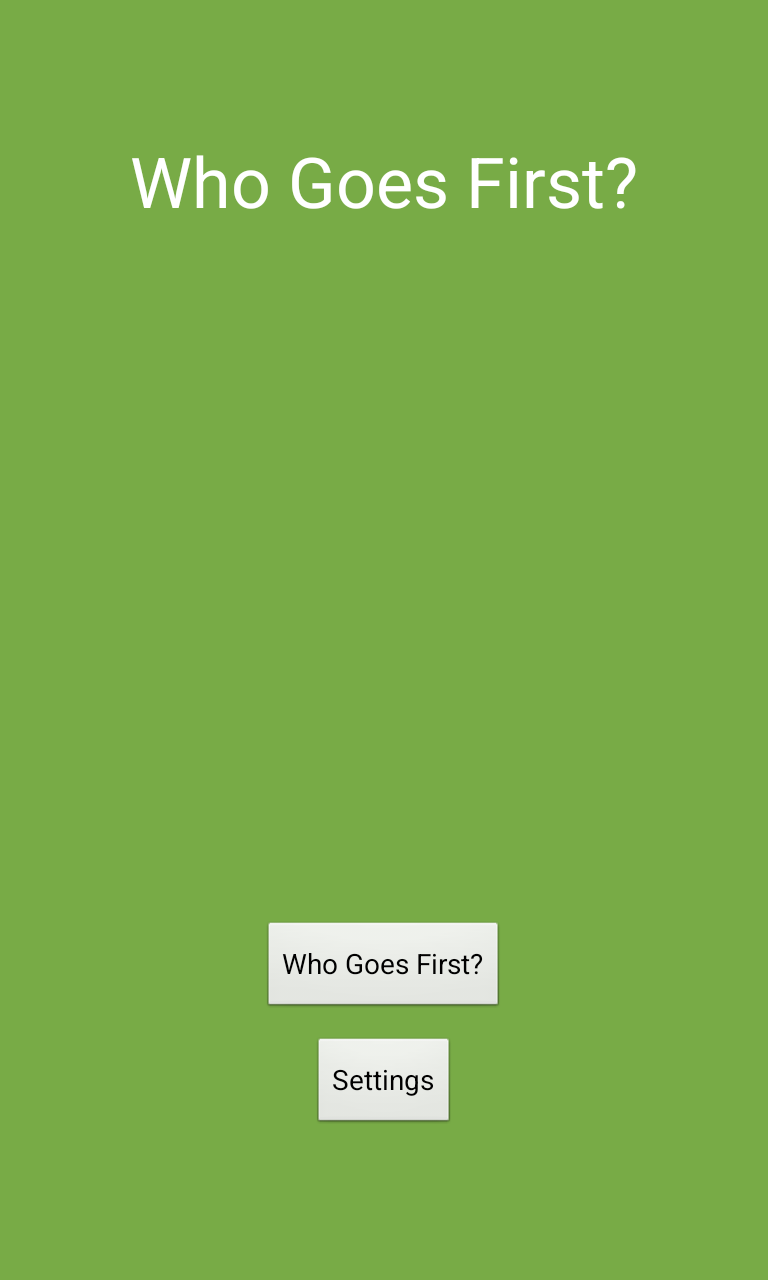
Repository: DarwinLYang/WhoGoesFirstApp
Layout: Who First/WhoFirst/res/layout/fragment_main.xml
An editor plug-in stored every save of this project. The layout is shown before and after the next save, followed by the edit.
It is drawn on a 768 x 1280 px phone screen (xhdpi) without system bars, with theme android:Theme.NoTitleBar.Fullscreen; the app's code is not run.

Above is the layout before, as saved 2014-04-09 21:13:45.

After the next save:
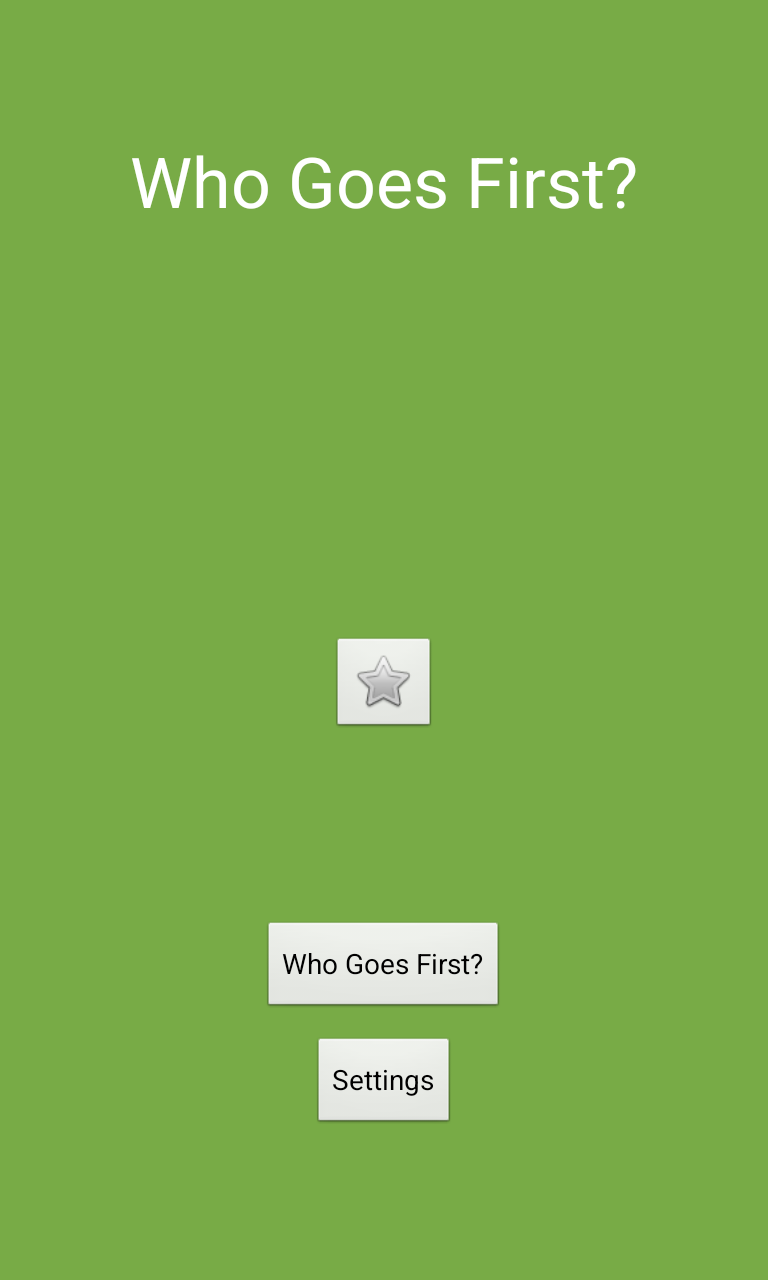
Saved 3 min 11 s later.
--- a/Who First/WhoFirst/res/layout/fragment_main.xml
+++ b/Who First/WhoFirst/res/layout/fragment_main.xml
@@ -37,4 +37,13 @@
         android:onClick="settingsScreen"
         android:text="@string/button_setting" />
 
+    <ImageButton
+        android:id="@+id/imageButton1"
+        android:layout_width="wrap_content"
+        android:layout_height="wrap_content"
+        android:layout_above="@+id/questionButton"
+        android:layout_centerHorizontal="true"
+        android:layout_marginBottom="92dp"
+        android:src="@android:drawable/btn_star" />
+
 </RelativeLayout>
